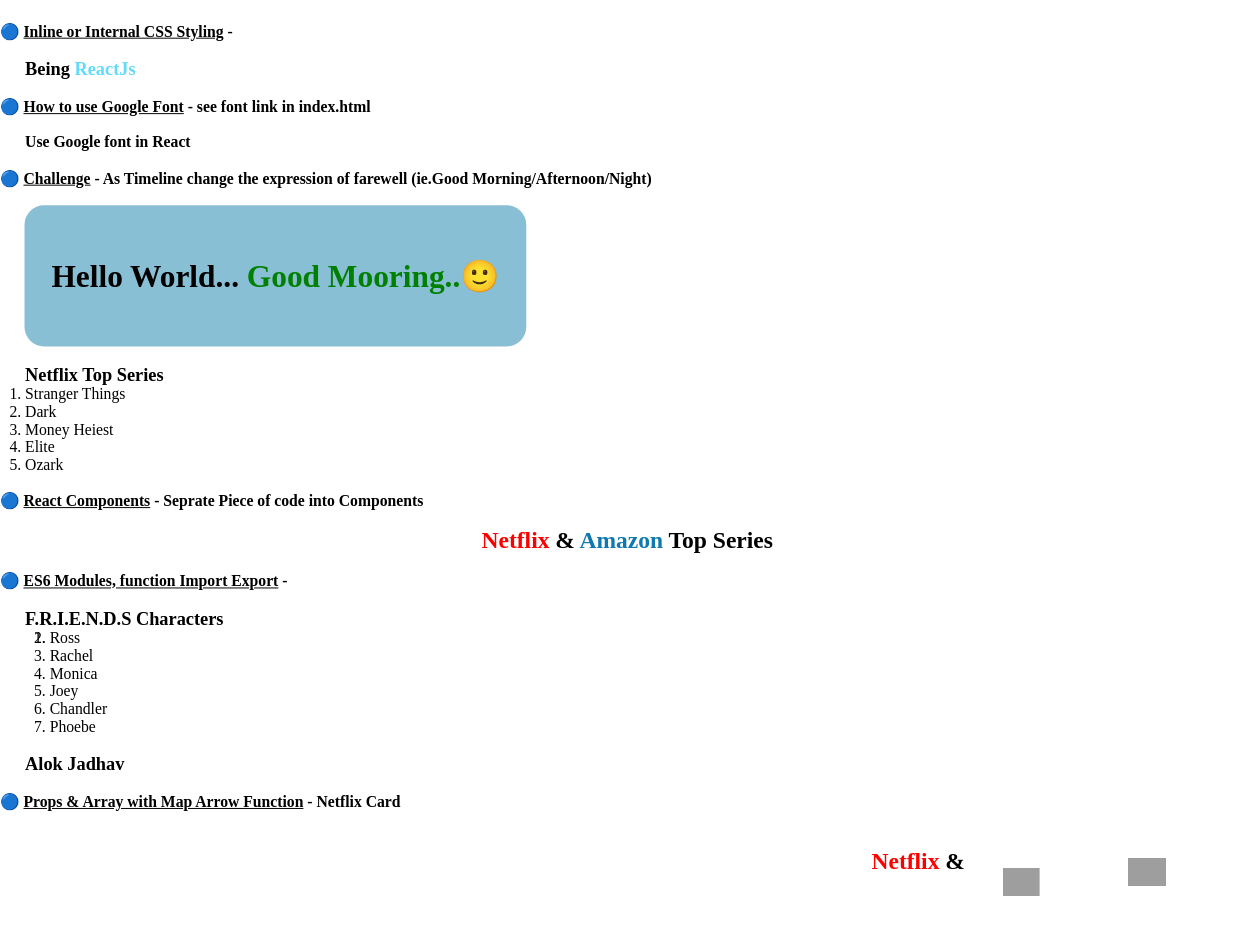
Repository: AalokJadhav/Being_ReactJS
Page: /
The author's editor kept a copy of each file at every save. The page is drawn from the files as they stood at one save, then again after the next save.
The browser window is 1280 px wide. The pictures show the part of the page from y = 728 to 1690 px (the page is 3293 px tall before and 3181 px after), at 98% of full size.
Pictures or frames that could not be fetched are drawn as grey boxes. Some web fonts or font styles are not loaded; a fallback is used. The project was rebuilt for these pictures with package versions that can differ from the ones it lists, and the page was loaded fresh each time.

Above is the page before, as saved 2021-10-19 16:53:03.

### public/index.html
<!DOCTYPE html>
<html lang="en">

<head>
  <meta charset="utf-8" />
  <link rel="icon" href="%PUBLIC_URL%/favicon.ico" />
  <meta name="viewport" content="width=device-width, initial-scale=1" />
  <meta name="theme-color" content="#000000" />
  <meta name="description" content="Web site created using create-react-app" />
  <link rel="apple-touch-icon" href="%PUBLIC_URL%/logo192.png" />
  <!--
      manifest.json provides metadata used when your web app is installed on a
      user's mobile device or desktop. See https://developers.google.com/web/fundamentals/web-app-manifest/
    -->
  <link rel="manifest" href="%PUBLIC_URL%/manifest.json" />
  <link rel="preconnect" href="https://fonts.googleapis.com">
  <link rel="preconnect" href="https://fonts.gstatic.com" crossorigin>
  <link rel="preconnect" href="https://fonts.googleapis.com">
  <link rel="preconnect" href="https://fonts.gstatic.com" crossorigin>
  <link href="https://fonts.googleapis.com/css2?family=Festive&display=swap" rel="stylesheet">
    <!--
      Notice the use of %PUBLIC_URL% in the tags above.
      It will be replaced with the URL of the `public` folder during the build.
      Only files inside the `public` folder can be referenced from the HTML.

      Unlike "/favicon.ico" or "favicon.ico", "%PUBLIC_URL%/favicon.ico" will
      work correctly both with client-side routing and a non-root public URL.
      Learn how to configure a non-root public URL by running `npm run build`.
    -->
  <title>Being React</title>
</head>

<body>
  <noscript>You need to enable JavaScript to run this app.</noscript>
  <div id="root"></div>
  <!--
      This HTML file is a template.
      If you open it directly in the browser, you will see an empty page.

      You can add webfonts, meta tags, or analytics to this file.
      The build step will place the bundled scripts into the <body> tag.

      To begin the development, run `npm start` or `yarn start`.
      To create a production bundle, use `npm run build` or `yarn build`.
    -->
</body>

</html>

### src/index.js
// var React = require ('react');
// var ReactDom = require ('react-dom');

import React from 'react';
import ReactDom from 'react-dom';
import './index.css';
import App from './App';


ReactDom.render(<App />, document.getElementById('root'));

### src/index.css

*{margin: 0; padding: 0; box-sizing: border-box;};


.h3 {
  padding-left: 0%;
}
/* Style the header with a grey background and some padding */
.header {
  overflow: hidden;
  background-color: black;
  padding: 20px 10px;
}

/* Style the header links */
.header a {
  float: left;
  color: #fff;
  text-align: center;
  padding: 12px;
  text-decoration: none;
  font-size: 18px;
  line-height: 25px;
  border-radius: 4px;
}

/* Style the logo link (notice that we set the same value of line-height and font-size to prevent the header to increase when the font gets bigger */
.header a.logo {
  font-size: 25px;
  font-weight: bold;
  font-family: cursive;
  color: #61dafb;
}

/* Style the active/current link*/
.active {
  line-height: 50px;
}

/* Float the link section to the right */
.header-right {
  float: right;
}

.heart {
	font-size: 25px;
	color: #e00;
	animation: beat .25s infinite alternate;
	transform-origin: center;
}

/* Heart beat animation */
@keyframes beat{
	to { transform: scale(1.4); }
}

.googlefont {
  font-family: 'Festive', cursive;
}
/* Add media queries for responsiveness - when the screen is 500px wide or less, stack the links on top of each other */
@media screen and (max-width: 500px) {
  .header a {
    float: none;
    display: block;
    text-align: left;
  }
  .header-right {
    float: none;
  }
}

.img_div img{
  width: 33%;
  height: 5%;
  margin: auto;
  padding-left: 2%;
}

.content {
  padding-left: 2%;
}
.sHeading1 {
  text-align: center;
}

.challenge1 {
  background-color: rgb(137, 191, 212);
  width: 40%;
  height: 20vh;
  display: flex;
  justify-content: center;
  align-items: center;
  margin-top: -0px;
  margin-left: 25px;
  border-radius: 20px;
}

.heading_styleN  {
  padding: 30px 0;
  padding-left: 90px;
  text-align: left;
  font-family: "Raleway", sans-serif;
  text-transform: uppercase;
  font-size: 13px;
  letter-spacing: 2px;
  font-weight: 5000;
  color: red;
  background-color: black;
  font-size: 1.rem;
  margin-bottom: -50px;
}

.heading_styleNb  {
  padding: 30px 0;
  padding-left: 90px;
  text-align: left;
  font-family: "Raleway", sans-serif;
  text-transform: uppercase;
  font-size: 13px;
  letter-spacing: 2px;
  font-weight: 5000;
  color: red;
  font-size: 1.rem;
  margin-bottom: -50px;
}

.netflixlogo {
  height: 29px;
  float: right;
  padding-right: 90px;

}
.heading_styleA  {
  padding: 30px 0;
  padding-left: 90px;
  text-align: left;
  font-family: "Raleway", sans-serif;
  text-transform: uppercase;
  font-size: 13px;
  letter-spacing: 2px;
  font-weight: 5000;
  color: white;
  background-color: #0f79af;
  font-size: 1.rem;
  margin-bottom: -50px;
}

.heading_styleAb  {
  padding: 30px 0;
  padding-left: 90px;
  text-align: left;
  font-family: "Raleway", sans-serif;
  text-transform: uppercase;
  font-size: 13px;
  letter-spacing: 2px;
  font-weight: 5000;
  color: white;
  font-size: 1.rem;
  margin-bottom: -50px;
}

.primelogo {
  height: 29px;
  float: right;
  padding-right: 90px;
}

.cards {
  width: 100%;
  height: auto;
}

.card {
  margin: 6%;
  transition: all 0.4s cubic-bezier(0.175, 0.885, 0, 1);
  width: 21.25%;
  border-radius: 12px;
  background-color: red;
  box-shadow: 0px 13px 10px -7px rgb(0, 0, 0, 0.1);
  float: left;
}

.card:hover {
  box-shadow: 0px 30px 18px  -8px  rgb(0, 0, 0, 0.1);
  transform: scale(1.05, 1.05);
  background-color: green;

}
.card__img {
  width: 100%;
  height: 300px;
  border-top-left-radius: 12px;
  border-top-right-radius: 12px;

}

.card__info {
  background-color: #fff;
  border-bottom-left-radius: 12px;
  border-bottom-left-radius: 12px;
  background-color: #fff;
}

.card__category {
  font-family: "Raleway", sans-serif;
  text-transform: uppercase;
  font-size: 13px;
  letter-spacing: 2px;
  font-weight: 500;
  color: #868686;
  background-color: #fff;


}

.card__title {
  margin-top: 5px;
  margin-bottom: 10px;
  text-transform: capitalize;
  font-family: "Raleway", sans-serif;
  background-color: #fff;

}

button {
  padding: 5px 8px;
  font-family: "Raleway", sans-serif;
  text-transform: uppercase;
  font-size: 13px;
  letter-spacing: 2px;
  font-weight: 1000;
  color: red;
  background-color: #fff;
  outline: none;
  border: 1px solid black;
  cursor: pointer;
}

### src/App.js
import React from "react";
import './index.css';

import Navbar from './Header'
import List from "./List";
import CurrentDate from "./CurrentDate";
import RandomImages from "./RandomImages";
import InlineCss from "./InlineCss";
import SimpleGreeting from './SimpleGreeting';
import GoogleFont from "./GoogleFont";
import RComponents from "./RComponents";
import NetflixCard from "./NetflixCard";
import IfElse from "./IfElse";


function App() {

  return (
    <>
      <Navbar /><br /><br /><br /><br />
      <h4>Hello  World From ReactJS...✋</h4><br />
      <CurrentDate />
      <RandomImages />
      <InlineCss /> <br />
      <GoogleFont />
      <SimpleGreeting />
      <List />
      <RComponents />
      <NetflixCard />
      <IfElse />
    </>
  );
}



export default App;


//In Pure JavaScript
var h3 = document.createElement('h3');
h3.innerHTML = 'Hello  World From Pure JavaScript...❤❤❤';
document.getElementById('root').appendChild(h3);

### src/Header.jsx
import React from "react";




function Navbar() {

  return (
    <>
    <div className="header">
        <a href="#default" className="logo"><span style={{ color: 'white'}}>Being</span> &nbsp;
        <img src="data:[embedded picture, 514 characters]" alt="" height="20"  />
           &nbsp; React</a>
      <div className="header-right">
        <h5 className="active" style={{ color: 'white'}}>Made with <span className="heart">&#x2665;</span> by Alok Jadhav</h5>
        </div>
      </div>
    </>
  );
}
export default Navbar;

### src/List.jsx
import React from "react";
import './index.css';

function List() {
  return (
    <>

      <div className="content">
      <h3>Netflix Top Series</h3>
        <ol>
          <li>Stranger Things</li>
          <li>Dark</li>
          <li>Money Heiest</li>
          <li>Elite</li>
          <li>Ozark</li>
        </ol>
      </div>
      <br />
    </>
  );
}

export default List;

### src/CurrentDate.jsx
import React from "react";


const fullDate = new Date();
const date = fullDate.toLocaleDateString();
const time = fullDate.toLocaleTimeString();


function CurrentDate() {
    return (
        <>
        <h4>🔵 <u>Display Current date and time in JSX</u> -</h4><br />
        <div className="content">
          <p>Current Date is {`${date}`} </p>
          <p>Current Time is {`${time} `} </p>
        </div>
        <br />
        </>
    );
  }

export default CurrentDate;

### src/RandomImages.jsx
import React from "react";
import './index.css';

const RandomImgUrl = 'https://picsum.photos/2000';
const RandomImgUrl1 = 'https://picsum.photos/900';
const RandomImgUrl2 = 'https://picsum.photos/800';

function RandomImages() {
  return (
    <>
    <h4>🔵 <u>JSX Attributes for random image</u> -</h4><br />
  <div className="img_div">
    <img src={RandomImgUrl} alt='random image1' />
    <img src={RandomImgUrl1} alt='random image2' />
    <img src={RandomImgUrl2} alt='random image3' />
  </div>
  <br />
  </>
  );
}

export default RandomImages;

### src/InlineCss.jsx
function InlineCss() {
    return (
        <>
            <h4 >🔵 <u>Inline or Internal CSS Styling</u> -</h4><br/>
            <div className="content">
            <h3>Being <span style={{ color: '#61dafb', fontFamily: 'serif' }}>ReactJs</span> </h3>
            </div>
        </>
    )
}

export default InlineCss;

### src/SimpleGreeting.jsx
const CurrDate = new Date(2021, 14, 10, 9);
const hour = CurrDate.getHours();
let greeting = '';

const cssStyle = {}

if (hour >= 1 && hour < 12) {
    greeting = 'Good Mooring..🙂';
    cssStyle.color = 'green';
} else if (hour >= 12 && hour < 19) {
    greeting = 'Good Afternoon..🙄';
    cssStyle.color = 'orange';
} else {
    greeting = 'Good Night..😴';
}

function SimpleGreeting() {
    return (
        <>
            <h4>🔵 <u>Challenge</u> - As Timeline change the expression of farewell (ie.Good Morning/Afternoon/Night)</h4><br />
            <div className="challenge1">
                <h1>Hello World...<span style={cssStyle}> {greeting}</span></h1>
            </div>
            <br />
        </>
    )
}

export default SimpleGreeting;

### src/GoogleFont.jsx
import React from "react";
import './index.css';


function GoogleFont() {
  return (
    <>
    <h4>🔵 <u>How to use Google Font</u> -  see font link in index.html </h4><br/>
  <div className="content">
    <h4 className="googlefont">Use Google font in React </h4>
  </div>
  <br />
  </>
  );
}

export default GoogleFont;

### src/RComponents.jsx
import React from 'react';
import Title from './Title';
import AllCharacter from './AllCharacter';

function RComponents() {
    return (
        <>
            <h4>🔵 <u>React Components</u> - Seprate Piece of code into Components</h4><br />
            <Title />
            <br />
            <AllCharacter />
            <br />
        </>
    )
}

export default RComponents;

### src/NetflixCard.jsx
import React from "react";
import Card from "./Card";
import Sdata from "./Sdata";
import Title from "./Title";

function NetflixCard() {

    return (
        <>
            <h4>🔵 <u>Props & Array with Map Arrow Function</u> - Netflix Card</h4><br />
            <div className="heading_styleAb">
                <img className="primelogo" src='https://upload.wikimedia.org/wikipedia/commons/thumb/1/11/Amazon_Prime_Video_logo.svg/800px-Amazon_Prime_Video_logo.svg.png'></img>
            </div>

            <div className="heading_styleNb">
                <img className="netflixlogo" src='https://upload.wikimedia.org/wikipedia/commons/thumb/0/08/Netflix_2015_logo.svg/799px-Netflix_2015_logo.svg.png'></img>            </div>

            {Sdata.map((val, index) => {
                console.log(index);
                return (
                    <Card
                        key={val.id}
                        imgsrc={val.imgsrc}
                        title={val.title}
                        sname={val.sname}
                        link={val.link} />
                )
            })
            }
            <Title /><br />

        </>
    )
}

export default NetflixCard;

### src/IfElse.jsx
import React from "react";
import Card from "./Card";
import Sdata from "./Sdata";


const FavSeries = 'netflix';

function IfElse() {
    if (FavSeries === 'netflix') {
        return (
            <>
            <h4>🔵 <u>If Else Statement</u> - Cards Show with Condition</h4><br />
            <h1 className="heading_styleA" >Amazon Originals <img className="primelogo" src='https://upload.wikimedia.org/wikipedia/commons/thumb/1/11/Amazon_Prime_Video_logo.svg/800px-Amazon_Prime_Video_logo.svg.png'></img> </h1>
            <Card
                key={Sdata[1].id}
                imgsrc={Sdata[1].imgsrc}
                title={Sdata[1].title}
                sname={Sdata[1].sname}
                link={Sdata[1].link} />
        </>
        )
          } else {
              return  (
            <>
            <br />
            <h4>🔵 <u>If Else Statement</u> - Cards Show with Condition</h4><br />
            <h1 className="heading_styleN" >A Netflix Originals <img className="netflixlogo" src='https://upload.wikimedia.org/wikipedia/commons/thumb/0/08/Netflix_2015_logo.svg/799px-Netflix_2015_logo.svg.png'></img> </h1>
                <Card
                    key={Sdata[2].id}
                    imgsrc={Sdata[2].imgsrc}
                    title={Sdata[2].title}
                    sname={Sdata[2].sname}
                    link={Sdata[2].link} />
                    </>
              )


}
}

export default IfElse;

### src/Title.jsx
import React from "react";


function Title() {
    return (
        <div className="sHeading1">
            <h2><span style={{color: 'red'}}>Netflix</span> & <span style={{color: '#0f79af'}}>Amazon</span> Top Series</h2>
        </div>

    )
}



export default Title;

### src/AllCharacter.jsx
// import { FullName } from './FullName';



const Characters = ['Ross', 'Rachel', 'Monica', 'Joey', 'Chandler', 'Phoebe'];
const AllCharacters = [];

let name = 'Alok Jadhav';
const Myname = name

Characters.forEach(function (data) {
  AllCharacters.push(<li>{data}</li>);
});

function AllCharacter() {
  return (
    <>
      <h4>🔵 <u>ES6 Modules, function Import Export</u> - </h4><br />
      <div className="content">
        <h3>F.R.I.E.N.D.S Characters</h3>
        <ol className="content">
          <li>{AllCharacters}</li>
        </ol>
        <br />
        <h3>{Myname}</h3>
      </div>
    </>
  )
}

export default AllCharacter;

### src/Card.jsx
import React from "react";
import Images from "./CardImages";
import NcardHeading from "./NcardHeading";

function Card(props) {
    return (
      <>
        <div className="cards">
          <div className="card">
            <Images  imgsrc={props.imgsrc}/>
            <div className="card__info">
              <span className="card__category">{props.title}</span>
              <NcardHeading sname={props.Sname} />
              <a href={props.link} target="_blank" rel="noreferrer">
                <button>Watch Now</button>
              </a>
            </div>
          </div>
        </div>
      </>
    )
  }

  export default Card;

### src/Sdata.jsx
const Sdata = [
  {
    id: 1,
    imgsrc:
      "http://cdn.shopify.com/s/files/1/0151/0741/products/pg1004_1024x1024.jpg?v :1578633269",
    title: "A Netflix Series",
    sname: "F.R.I.E.N.D.S",
    link: "https://www.netflix.com/in/title/70153404",
  },
  {
    id: 2,
    imgsrc: "https://talenthouse-res.cloudinary.com/image/upload/c_limit,fl_progressive,h_1280,w_1280/v1542188034/user-849291/submissions/mfa0no5fxv0d2t40jgpt.jpg",
    title: "The Amazon Original",
    sname: "Mirzapur",
    link: "https://www.primevideo.com/detail/Mirzapur/0PDOKMV9CRLOMO5EUKNCUJLG4Q",
  },
  {
    id: 3,
    imgsrc: "https://wallpapercave.com/wp/wp4056407.jpg",
    title: "A Netflix Series",
    sname: "Dark",
    link: "https://www.netflix.com/in/title/80100172",
  },
  {
    id: 4,
    imgsrc: "https://i1.wp.com/urbanasian.com/wp-content/uploads/2021/01/C5171E29-D5A4-4E14-99B2-CA462FC48FA2.png?fit=525%2C453&ssl=1",
    title: "The Amazon Original",
    sname: "The Family Man",
    link: "https://www.primevideo.com/detail/The-Family-Man/0H3DDB4KBJFNDCKKLHNRLRLVKQ",
  },
  {
    id: 5,
    imgsrc: "https://wallpapercave.com/wp/wp1839578.jpg",
    title: "A Netflix Series",
    sname: "Stranger Things",
    link: "https://www.netflix.com/in/title/80057281",
  },
  {
    id: 6,
    imgsrc: "https://www.91-cdn.com/hub/wp-content/uploads/2021/07/Paatal-Lok-highest-rated-Hindi-web-series-to-watch-on-Amazon-Prime-Video.jpg?tr=q-100",
    title: "The Amazon Original",
    sname: "Paatal Lok",
    link: "https://www.primevideo.com/detail/Paatal-Lok/0G9IEOHCN8KMY6COD9ILGH7IY5",
  },
];

export default Sdata;

### src/CardImages.jsx
import React from "react";

const Images = (props) => {
    return <img src={props.imgsrc} alt="friends" className="card__img"  />

};

export default Images;

### src/NcardHeading.jsx
import React from "react";

const NcardHeading = (props) => {
  return  <h3 className="card__title">{props.Sname}</h3>
}

export default NcardHeading;

After the next save:
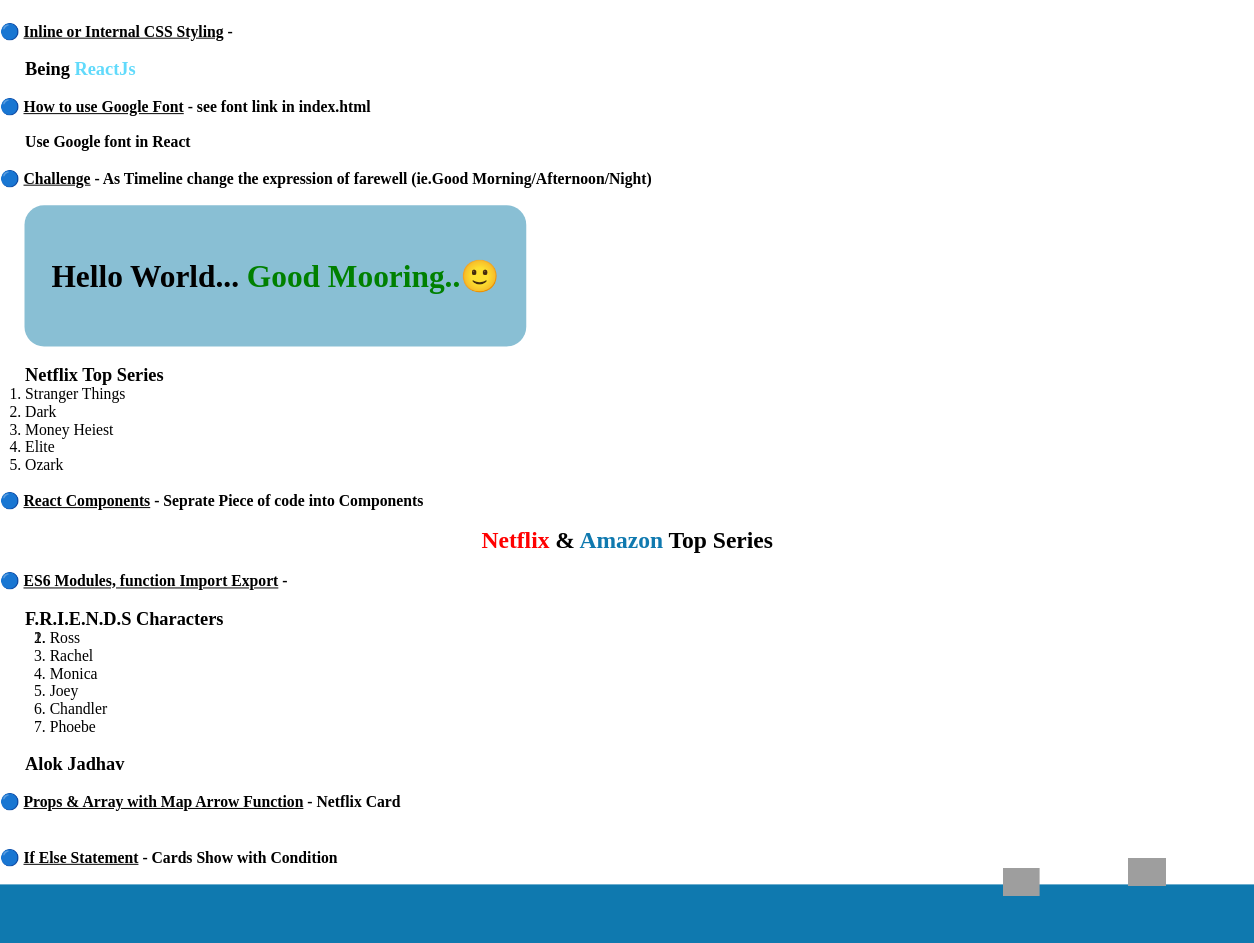
Saved 19 s later.
--- a/src/NetflixCard.jsx
+++ b/src/NetflixCard.jsx
@@ -27,7 +27,7 @@
                 )
             })
             }
-            <Title /><br />
+            {/* <Title /><br /> */}
 
         </>
     )

After the save that followed:
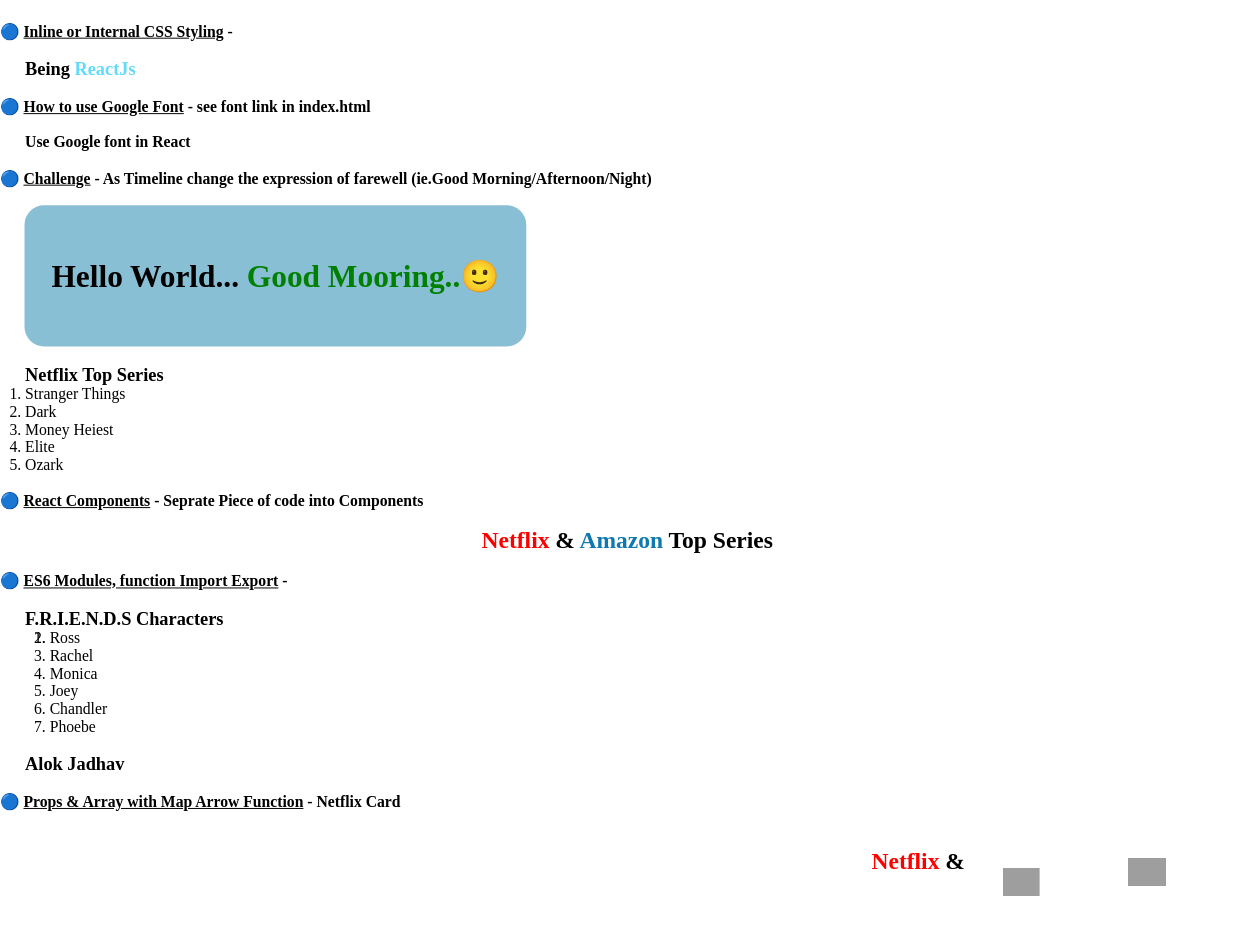
Saved 17 s later.
--- a/src/NetflixCard.jsx
+++ b/src/NetflixCard.jsx
@@ -27,7 +27,7 @@
                 )
             })
             }
-            {/* <Title /><br /> */}
+            <Title /><br />
 
         </>
     )
